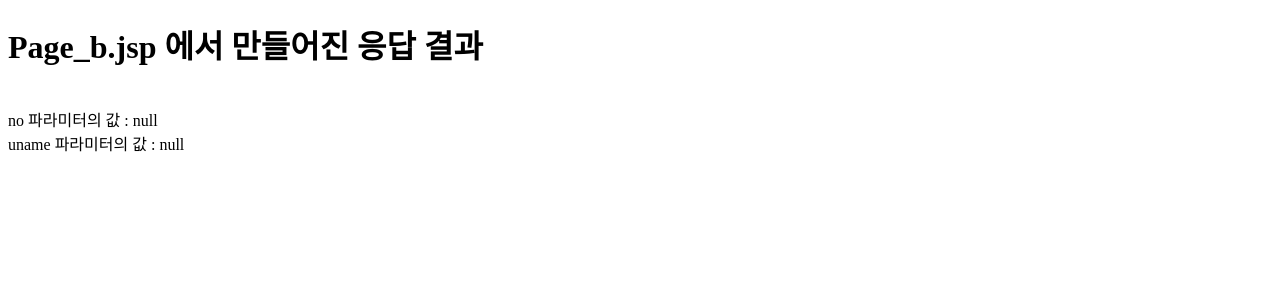
Repository: hhw9797/bitcampjn201904
Page: http://localhost/FirstWeb/actiontag/page_b.jsp
An editor plug-in stored every save of this project. The page is shown before and after the next save, followed by the edit.
The browser window is 1280 px wide. The pictures show the whole page.
The page is served by Tomcat 9.

Above is the page before, as saved 2019-06-20 02:58:13.

After the next save:
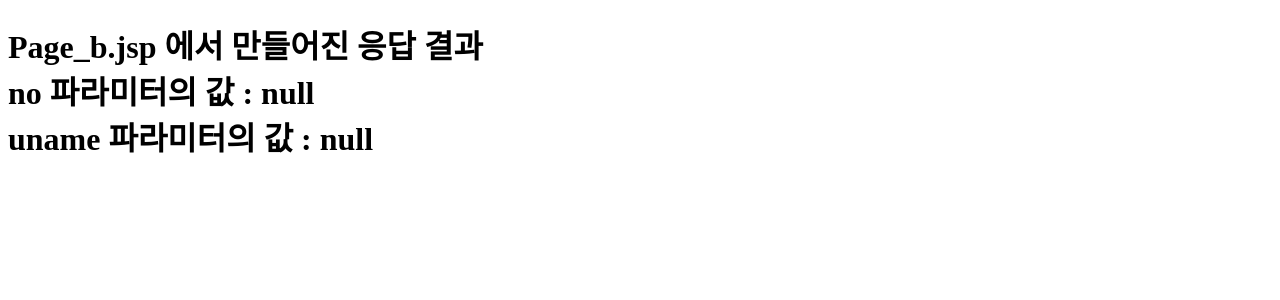
Saved 55 s later.
--- a/html/html5/jsp/FirstWeb/WebContent/actiontag/page_b.jsp
+++ b/html/html5/jsp/FirstWeb/WebContent/actiontag/page_b.jsp
@@ -10,10 +10,12 @@
 </style>
 </head>
 <body>
-	<h1>Page_b.jsp 에서 만들어진 응답 결과</h1>
-	<br> no 파라미터의 값 :
-	<%=request.getParameter("num")%>
-	<br> uname 파라미터의 값 :
-	<%=request.getParameter("username")%>
+	<h1>
+		Page_b.jsp 에서 만들어진 응답 결과
+		<br> no 파라미터의 값 :
+		<%=request.getParameter("num")%>
+		<br> uname 파라미터의 값 :
+		<%=request.getParameter("username")%>
+	</h1>
 </body>
 </html>
